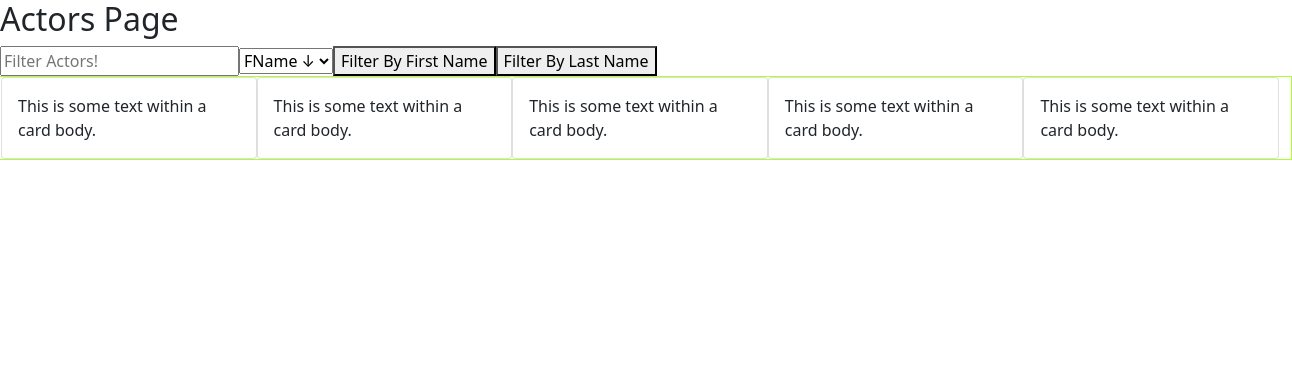
Repository: shuroo/FECourse-react-movieapp
Page: /
The author's editor kept a copy of each file at every save. The page is drawn from the files as they stood at one save, then again after the next save.
The browser window is 1280 px wide. The page is 1292 px wide, so the pictures cover 1292 px, including what lies to the right of the window. The pictures show the whole page.
The project was rebuilt for these pictures with package versions that can differ from the ones it lists, and the page was loaded fresh each time. Also part of the build but not shown: src/App.css.

Above is the page before, as saved 2021-07-25 11:30:25.

### src/App.js
import logo from './logo.svg';
import './App.css';
import React, { useState } from 'react';
import 'bootstrap/dist/css/bootstrap.min.css';
import ActorsPage from './pages/ActorsPage';

function App() {
    return <ActorsPage / >
};

export default App;

### src/pages/ActorsPage.jsx
import React, { useState } from 'react';
import ActorModel from '../model/ActorModel';
import CardComponent from "../components/CardComponent";
import SortComponent from "../components/SortComponent";
import ImgGallery from "../components/ImgGallery";
import 'bootstrap/dist/css/bootstrap.min.css';

function ActorsPage() {

    const allActors = [ new ActorModel("Angelina", "Jolie", new Date("04/06/1975"), "./angeline.jpg", "https://www.imdb.com/name/nm0001401/"),
    new ActorModel("Brad", "Pitt", new Date("04/06/1975"), "./brad_pitt.jpg", "https://www.imdb.com/name/nm0000093/"),
    new ActorModel("Mattew", "Mecconohew", new Date("04/06/1975"), "./mattehew_mecc.jpeg","https://www.imdb.com/name/nm0000190/"),
    new ActorModel("Sandra", "Bullock", new Date("04/06/1975"), "./sandra_bullock.jpg", "https://www.imdb.com/name/nm0000113/"),
    new ActorModel("Gal", "Gadot", new Date("04/06/1975"), "./gal_gadot.jpg", "https://www.imdb.com/name/nm0000113/")];

    const [actors, setActors] = useState(
        allActors
        )

     let actorsHtml = actors.map(act=><CardComponent key={act.firstName+"1"} actor={act}/>)

    // firstName, lastName, birthday, image, imdbLink

    const [filterText, setFilterText] = useState("")
    const [sortCriteria, setSortCriteria] = useState("")

    function filterTextByEvent(e){
        let text = e.target.value;
        setFilterText(text);
        if(text === ""){
            setActors(allActors);
        }
    }
    function filterByFirstName(){
        let actorsFiltered = [...actors].filter(a=>a.firstName.startsWith(filterText));
        setActors(actorsFiltered);
    }

    function filterByLastName(){
         setActors(actors.filter(a=>a.lastName.startsWith(filterText)));
    }



    return (
        <div >
            <h2>Actors Page</h2>
            <div className="content">
            <input type="text" value={filterText} onChange={(e)=>filterTextByEvent(e)}   placeholder="Filter Actors!"></input>
            <SortComponent actors={actors} setSortCriteria={setSortCriteria} sortCriteria={sortCriteria} setActors={setActors} />
            <button onClick={filterByFirstName}>Filter By First Name</button>
            <button onClick={filterByLastName}>Filter By Last Name</button>
            <div className="row"><ImgGallery actorsHtml={actorsHtml}/></div>
            </div>

        </div>
    );
}

export default ActorsPage;

### src/model/ActorModel.jsx
class ActorModel{

    constructor(firstName, lastName, birthday, image, imdbLink){

        this.firstName = firstName;
        this.lastName = lastName;
        this.birthday = birthday;
        this.image = image;
        this.imdbLink = imdbLink;
        this.age = this.age.bind(this);
    }

    age(){
        var thisyear = new Date().getFullYear();
        var birthyear = this.birthday.getFullYear();
        return (thisyear - birthyear);
    }
}

export default ActorModel;

### src/components/CardComponent.jsx
import React from "react";
import './CardComponent.css';

function CardComponent({actor}) {

	return (


<div class="card">
<div class="card-body">
  This is some text within a card body.
</div>
</div>
	)
}

export default CardComponent;

### src/components/SortComponent.jsx
import React from "react";

function SortComponent({sortCriteria, actors, setActors,setSortCriteria}){

    function sortBy(){

        if(sortCriteria === "firstName"){
            actors.sort((a,b)=>
            {
                if(a.firstName < b.firstName) { return -1; }
                if(a.firstName > b.firstName) { return 1; }
                return 0;
            })
        }else{
            actors.sort (
                (a,b)=>
            {
                if(a.lastName < b.lastName) { return -1; }
                if(a.lastName > b.lastName) { return 1; }
                return 0;
            })
        }

        console.log(actors);
        setActors(actors);
        setSortCriteria(sortCriteria);
    }

    return(

<select name="sortBy" value={sortCriteria} onChange={setSortCriteria}  >

  <option value="firstName">FName &#8595;</option>
  <option value="lastName">LName &#8593;</option>
</select>

)}

export default SortComponent;

### src/components/ImgGallery.jsx
import React from "react";
import './CardComponent.css';

function ImgGallery({actorsHtml}){


return(
<div className="gallery">{actorsHtml}</div>

)

}

export default ImgGallery;

### src/components/CardComponent.css
.actorImg {
    border-radius: 25%;
    object-fit: cover;
    height: 150px;
}

.col {
    display: flex;
    justify-content: space-around;
    align-items: flex-start;
    flex-basis: 20%;
}

.card {
    display: flex;
}

.gallery {
    display: flex;
    border: 1px solid greenyellow;
    align-items: flex-start;
}

Loaded but not shown: public/index.html (common file); src/index.js (common file); src/index.css (common file); src/reportWebVitals.js (common file)

After the next save:
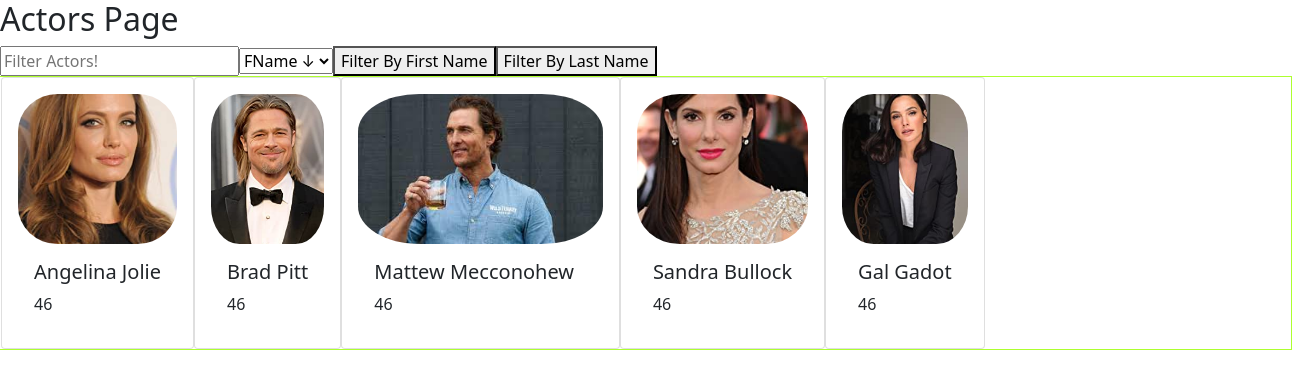
Saved 45 s later.
--- a/src/components/CardComponent.jsx
+++ b/src/components/CardComponent.jsx
@@ -8,7 +8,14 @@ function CardComponent({actor}) {
 
 <div class="card">
 <div class="card-body">
-  This is some text within a card body.
+<div onClick={(e)=>(window.open(actor.imdbLink, '_blank'))}>
+  <img className="actorImg card-img-top" src={actor.image} alt={actor.firstName+" "+actor.lastName}/>
+  <div className="card-body">
+    <h5 className="card-title">{actor.firstName} {actor.lastName}</h5>
+    <p className="card-text">{actor.age()}
+  </p></div>
+  </div>
+
 </div>
 </div>
 	)
